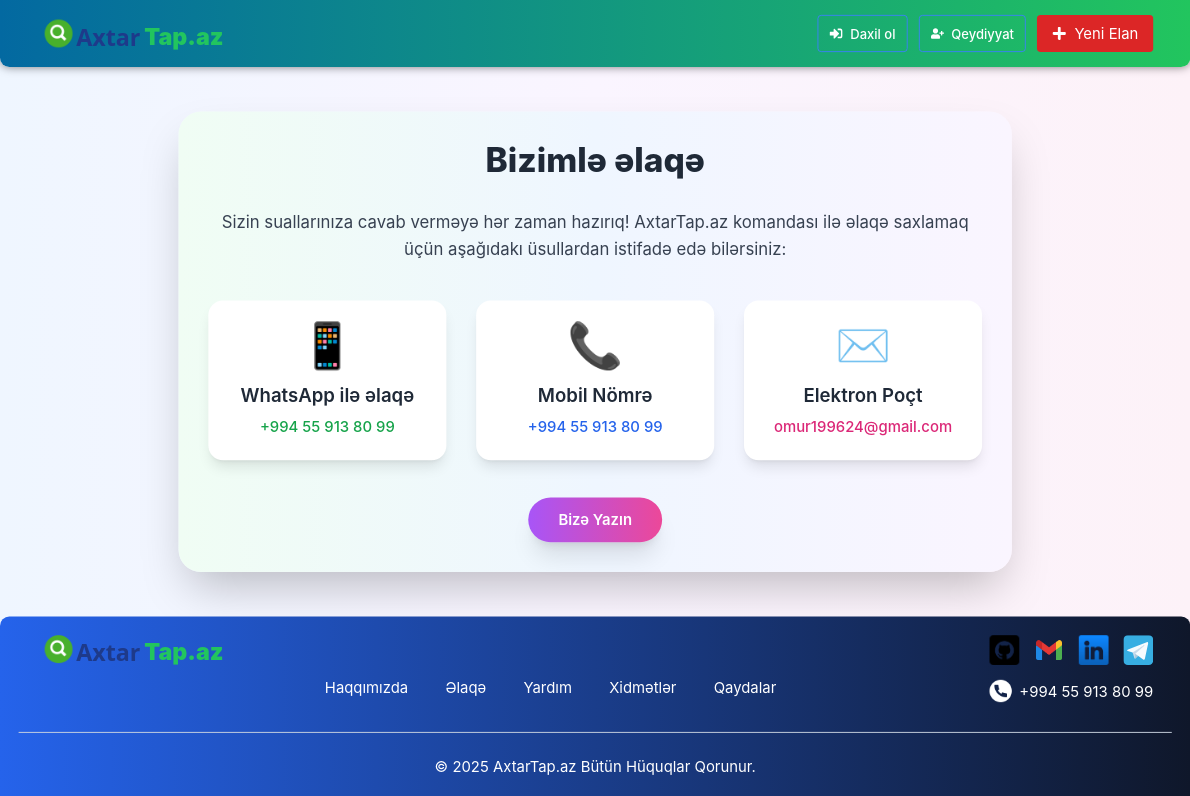
Repository: Omur56/AxtarTap.az
Page: /contact
These files come from the project's save history. The page is drawn as it stood at one moment and after a run of saves; the edit follows.
The browser window is 1280 px wide. The pictures show the whole page, at 93% of full size.
The project was rebuilt for these pictures with package versions that can differ from the ones it lists, and the page was loaded fresh each time. Some packages were replaced by stand-ins written for this rebuild. Also part of the build but not shown: src/pages/Katalog/Cateqories/index.jsx, src/pages/Katalog/index.jsx, src/pages/About/index.jsx, src/pages/Qaydalar/index.jsx, src/pages/Yardım/index.jsx, src/pages/Xidmetler/index.jsx, src/pages/Home/index.jsx, src/components/CreatePostNeqliyyat/index.jsx and 32 more.

Above is the page before, as saved 2025-08-21 19:37:10.

After the next 2 saves:
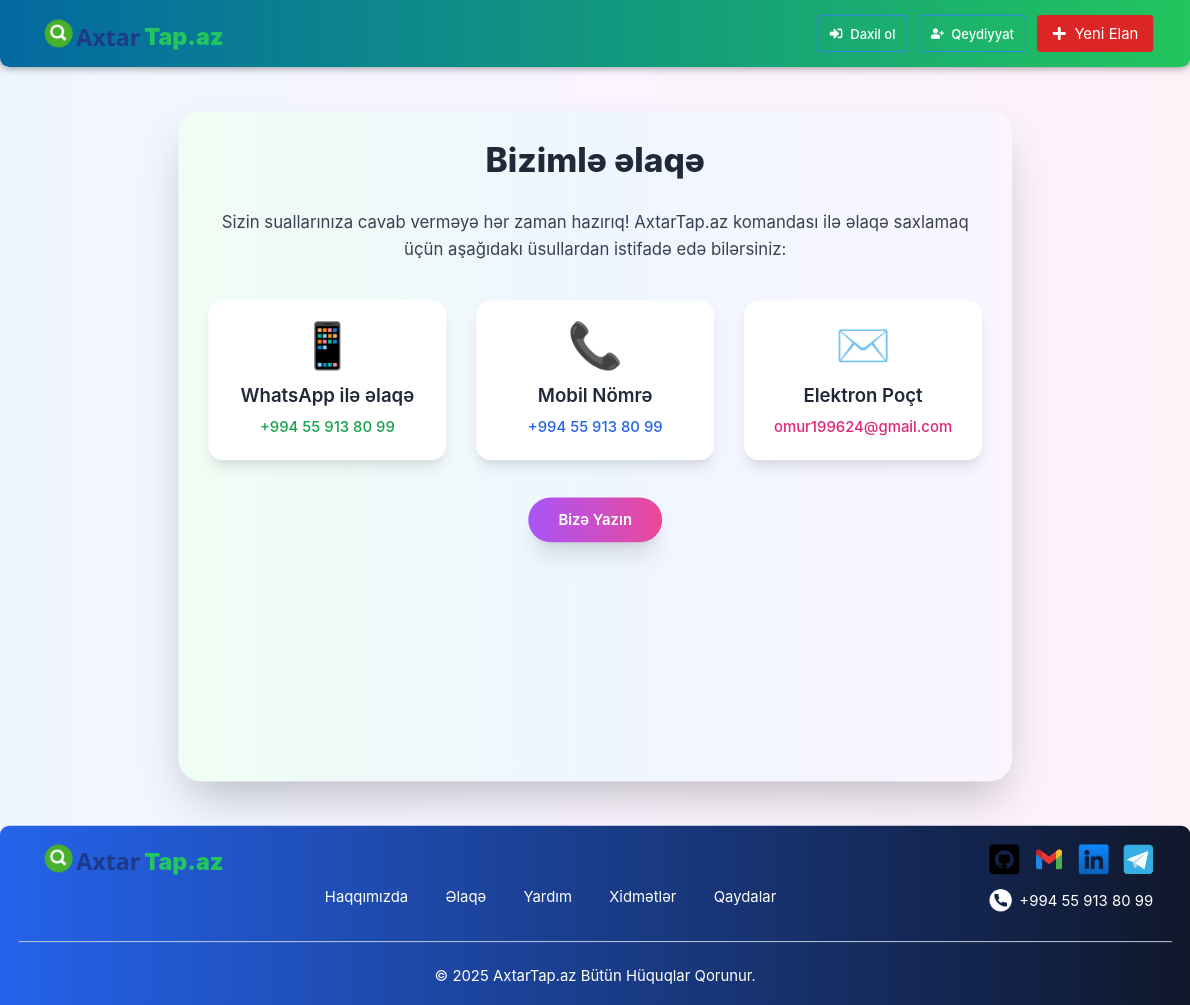
The 2 saves are shown as one change because they came seconds apart.
The last was saved 28 s later.
--- a/src/pages/Contact/index.jsx
+++ b/src/pages/Contact/index.jsx
@@ -4,7 +4,7 @@
 const Contact = () => {
     return (
         <div>
-            <div className="max-w-4xl mx-auto p-8 mt-12 mb-12 min-h-[60vh] bg-gradient-to-r from-green-50 via-blue-50 to-purple-50 rounded-3xl shadow-2xl">
+            <div className="max-w-4xl mx-auto p-8 mt-12 mb-12 min-h-screen bg-gradient-to-r from-green-50 via-blue-50 to-purple-50 rounded-3xl shadow-2xl">
   <h2 className="text-4xl font-extrabold text-gray-800 mb-8 text-center">Bizimlə əlaqə</h2>
 
   <p className="text-gray-700 text-lg leading-relaxed text-center mb-10">
